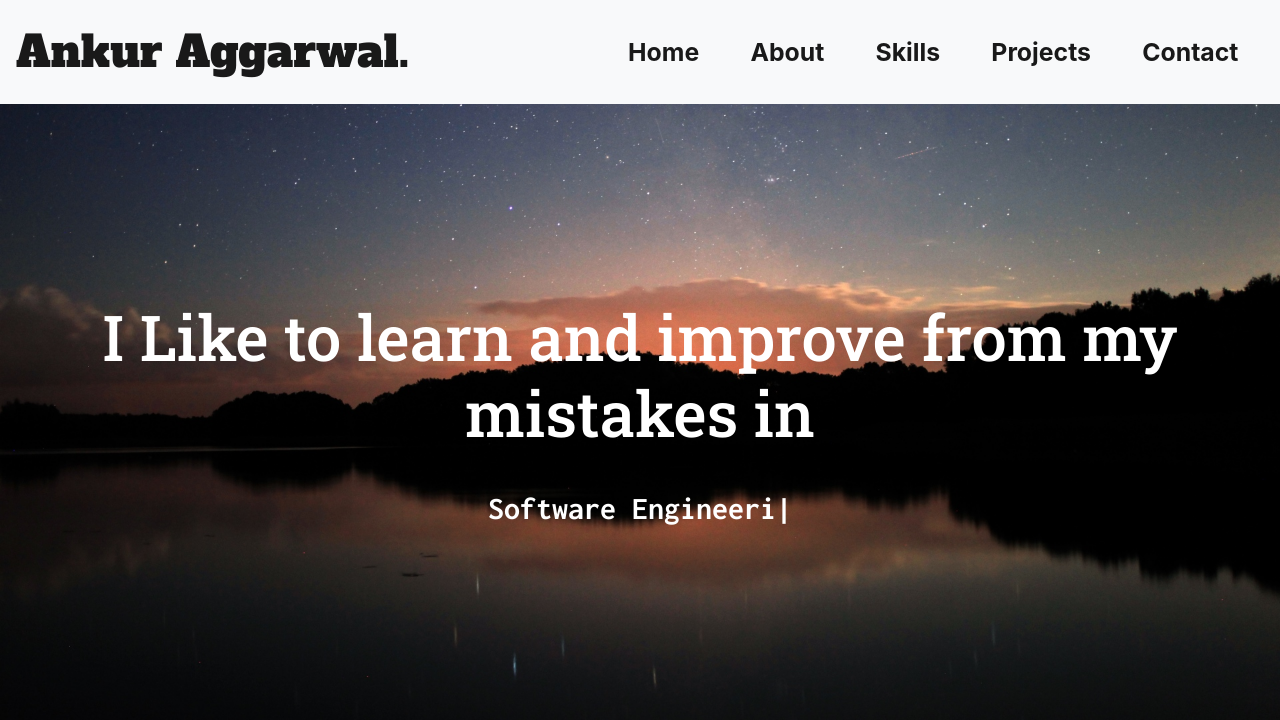
Repository: AnkurDevv/PersonalWebsite
Page: index.html
The author's editor kept a copy of each file at every save. The page is drawn from the files as they stood at one save, then again after the next save.
The browser window is 1280 px wide. The pictures show the whole page.
Some web fonts or font styles are not loaded; a fallback is used.

Above is the page before, as saved 2020-09-13 14:13:02.

After the next save:
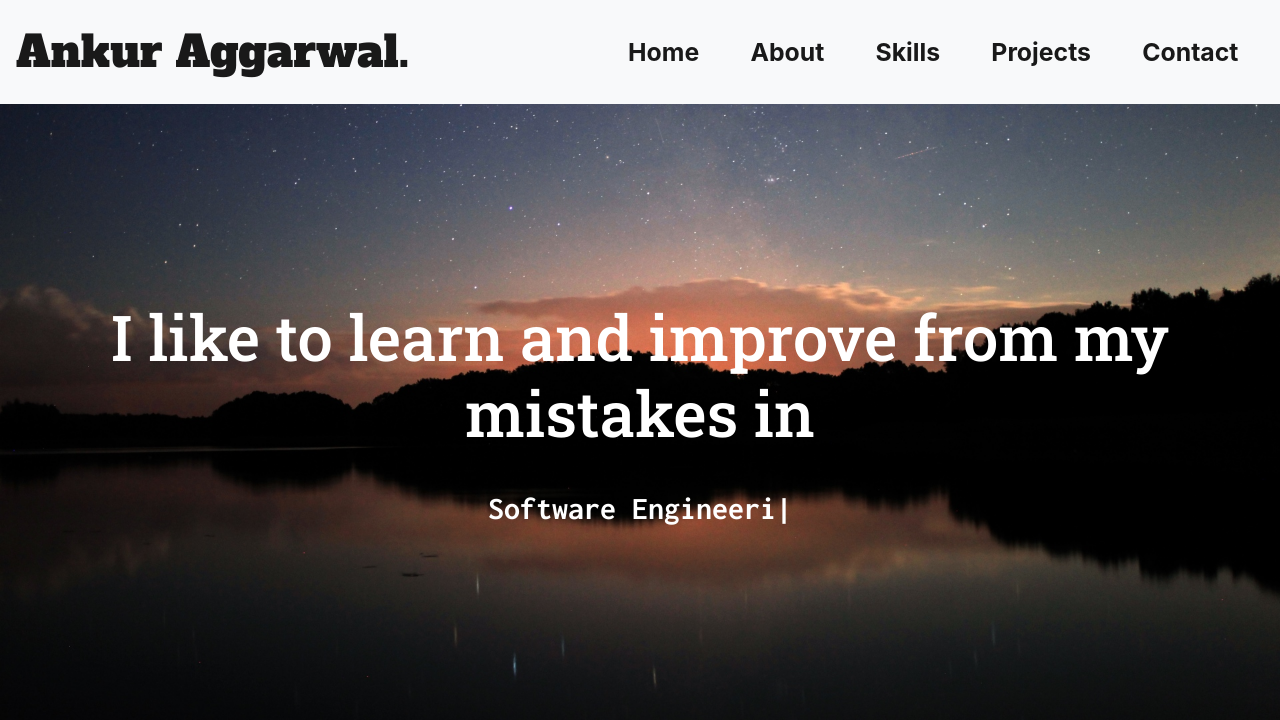
Saved 19 s later.
--- a/index.html
+++ b/index.html
@@ -64,7 +64,7 @@
     <!-- FIRST IMPRESSION SECTION - START -->
     <section class="first-impression-section">
       <div class="row first-impression-row">
-        <h1 class="text-center animated fadeInDown" id="MainNameHeading">I Like to learn and improve from my mistakes in
+        <h1 class="text-center animated fadeInDown" id="MainNameHeading">I like to learn and improve from my mistakes in
         </h1>
       </div>
       <div class="row">
